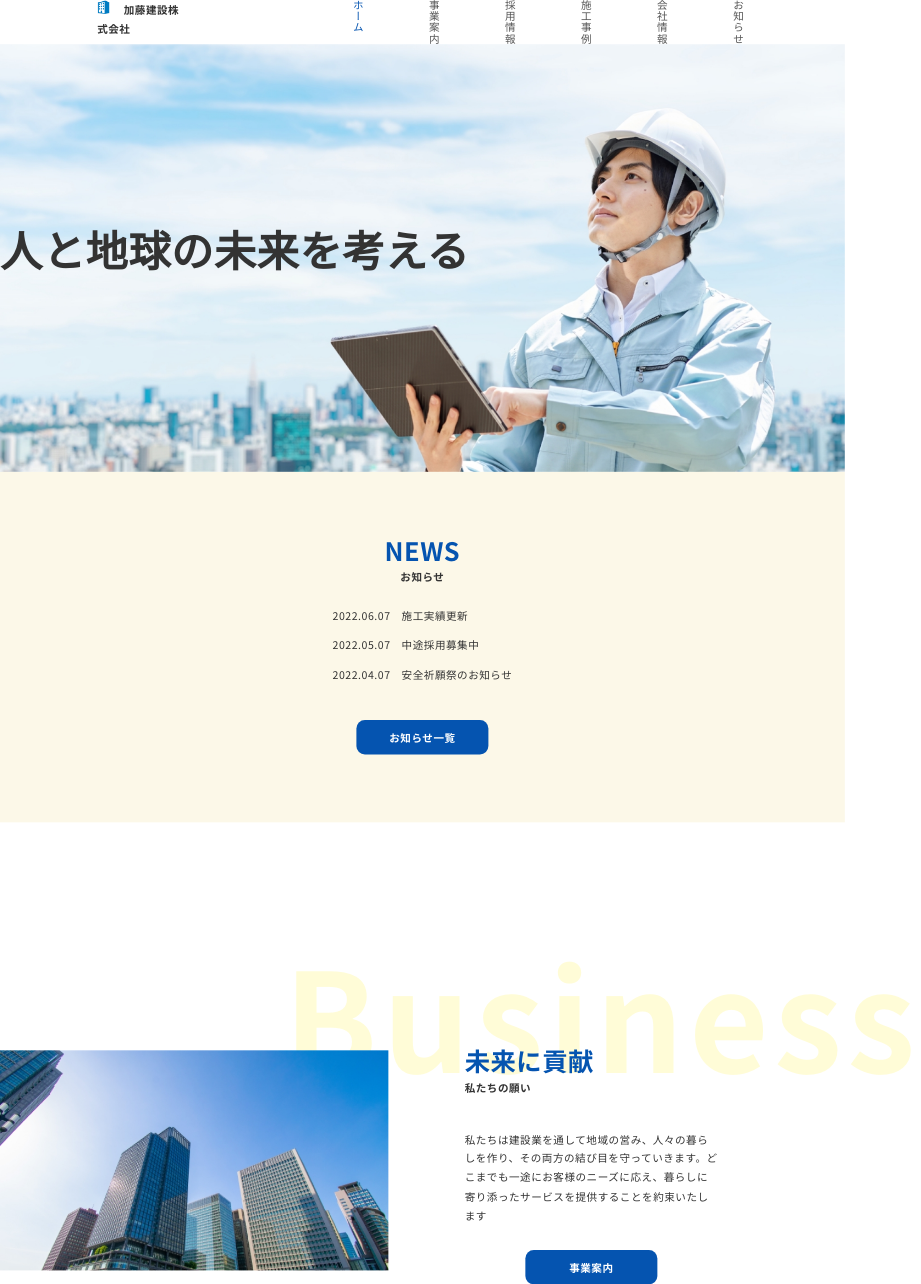
Repository: nozomi-23/hp1_test
Page: index.html
These files come from the project's save history. The page is drawn as it stood at one moment and after the next save; the edit follows.
The browser window is 1280 px wide. The page is 1395 px wide, so the pictures cover 1395 px, including what lies to the right of the window. The pictures show the whole page, at 66% of full size.

Above is the page before, as saved 2022-06-12 15:03:22.

After the next save:
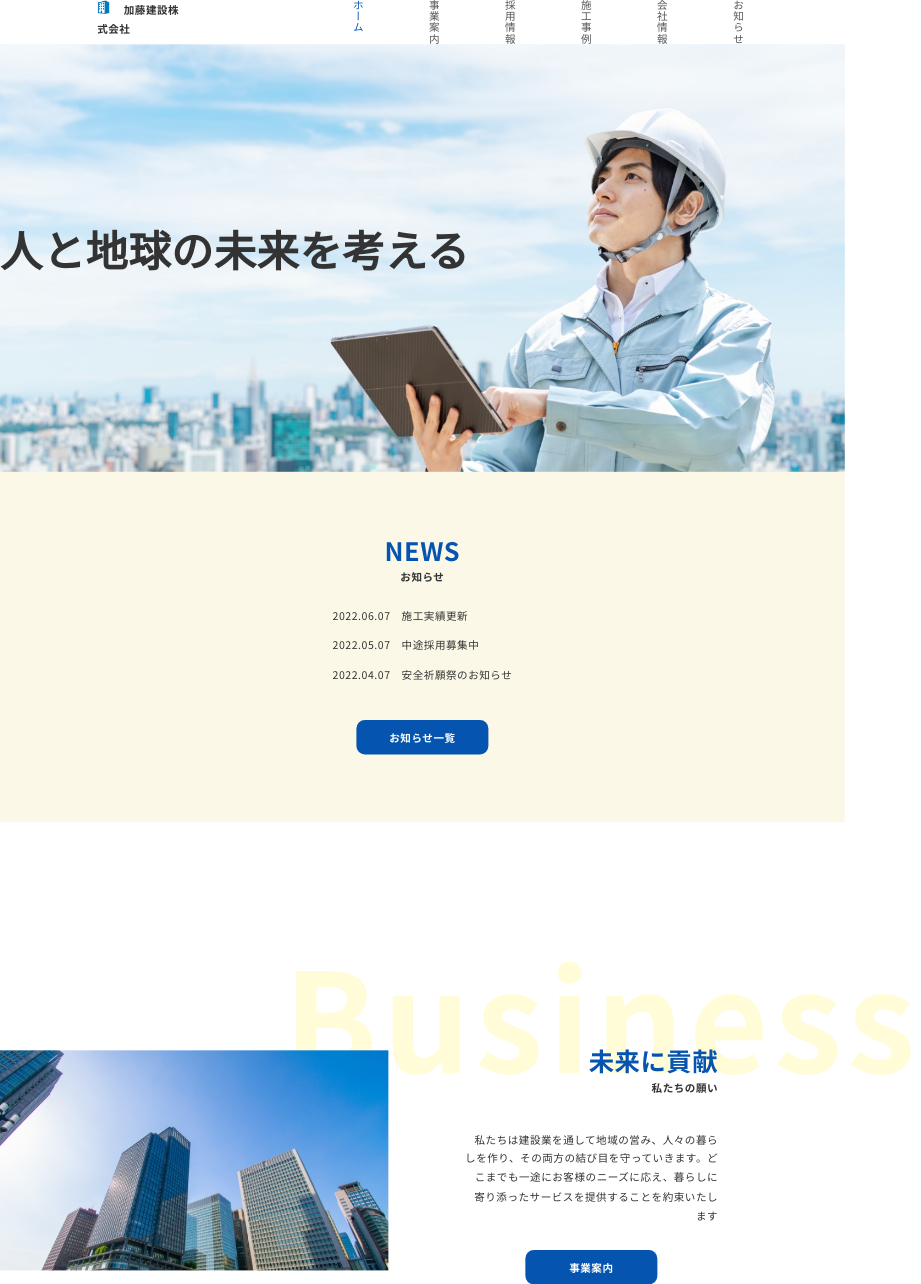
Saved 4 s later.
--- a/css/index.css
+++ b/css/index.css
@@ -102,7 +102,7 @@
 .business_block_2 {
   width: 30%;
   margin-right: 15%;
-  text-align: ;
+  text-align: right;
 }
 
 .business_block_2 p {

After the save that followed:
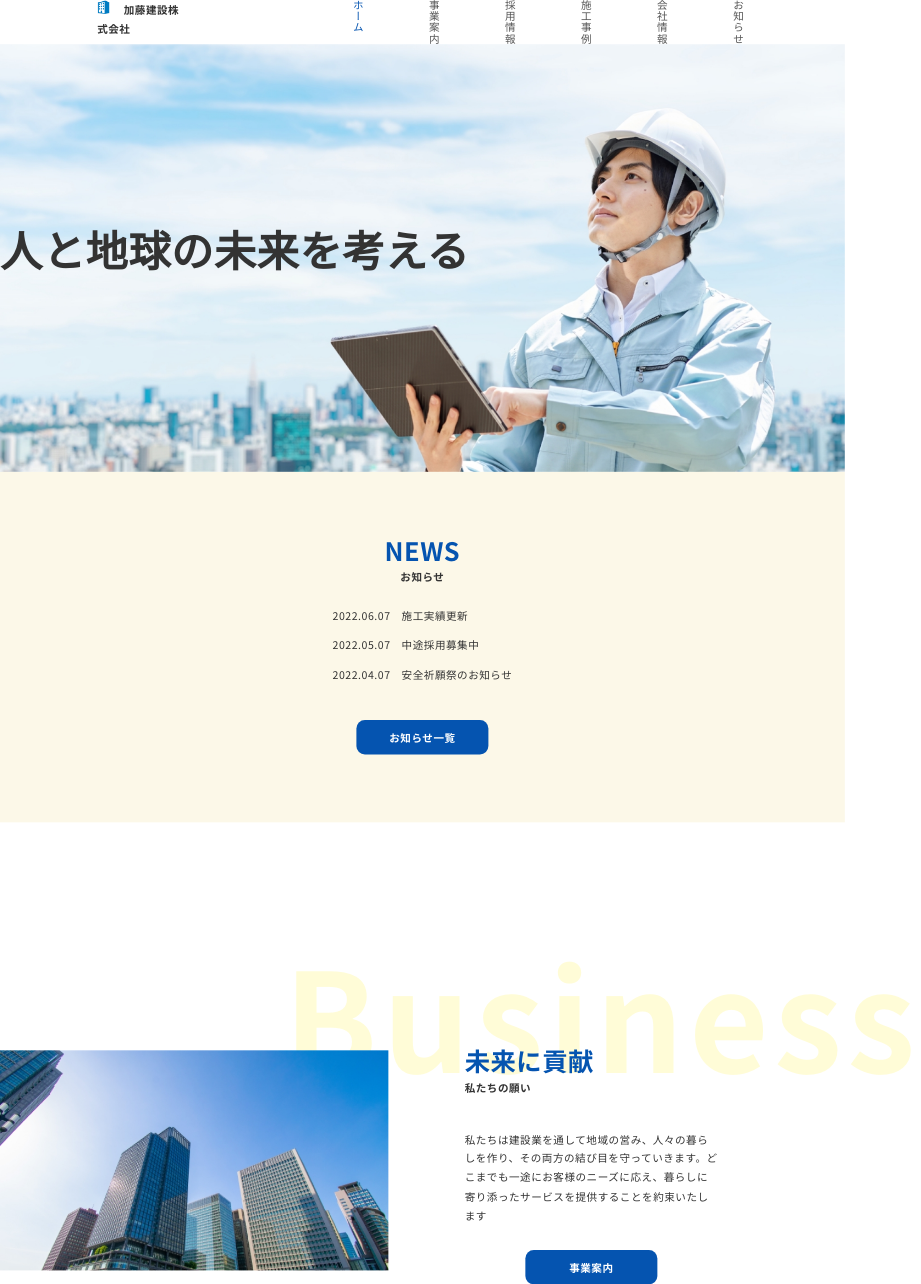
Saved 16 s later.
--- a/css/index.css
+++ b/css/index.css
@@ -101,8 +101,7 @@
 }
 .business_block_2 {
   width: 30%;
-  margin-right: 15%;
-  text-align: right;
+  margin-right: 15%;;
 }
 
 .business_block_2 p {
